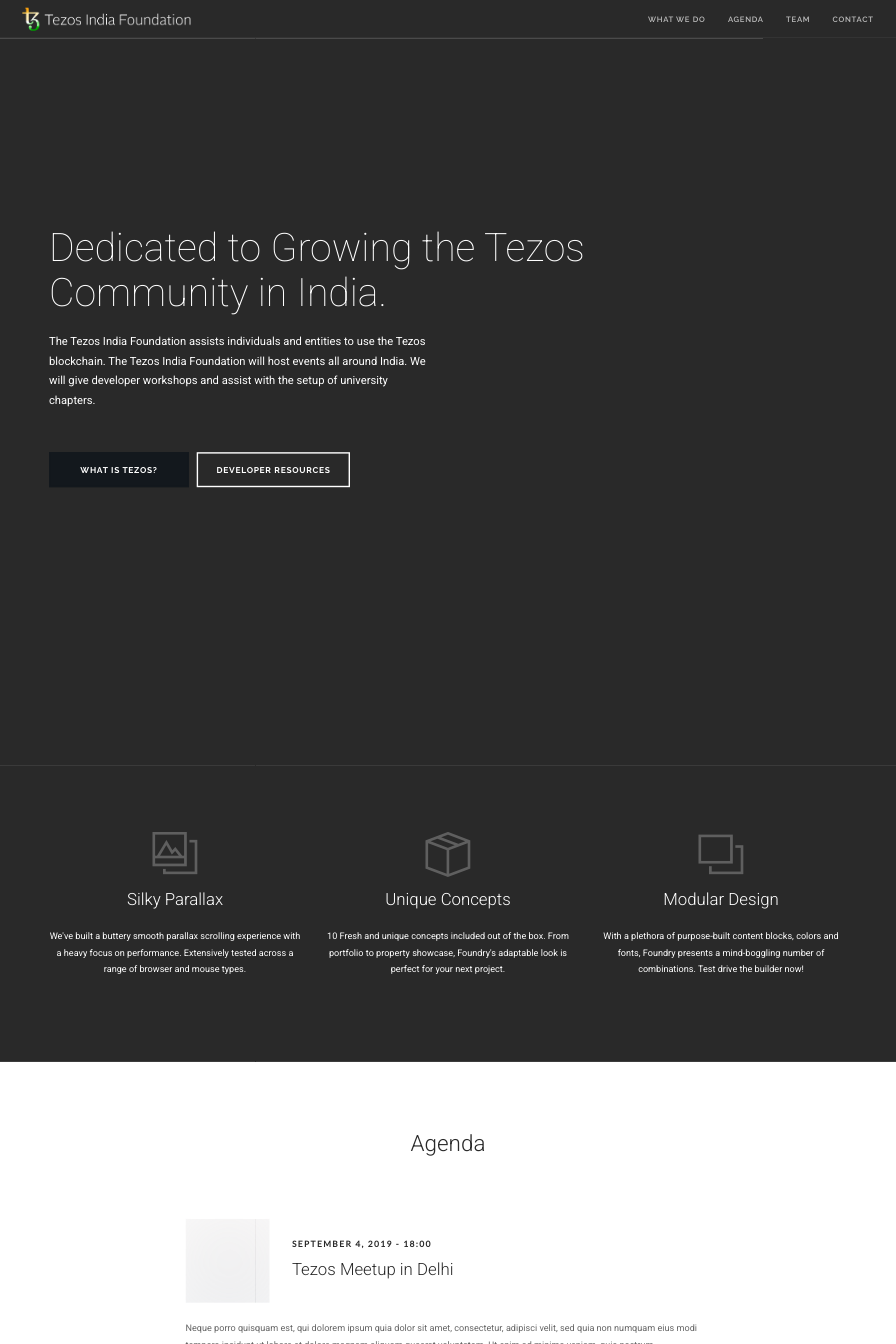
Repository: Tezos-India-Foundation/TIF-Website
Page: Tezos India Website/page.html
These files come from the project's save history. The page is drawn as it stood at one moment and after the next save; the edit follows.
The browser window is 1280 px wide. The pictures show the part of the page from y = 0 to 1920 px (the page is 3877 px tall before and 3849 px after), at 70% of full size.
A picture or video elsewhere on the page could not be fetched, so the positions and the page height are approximate.

Above is the page before, as saved 2019-08-13 03:00:26.

After the next save:
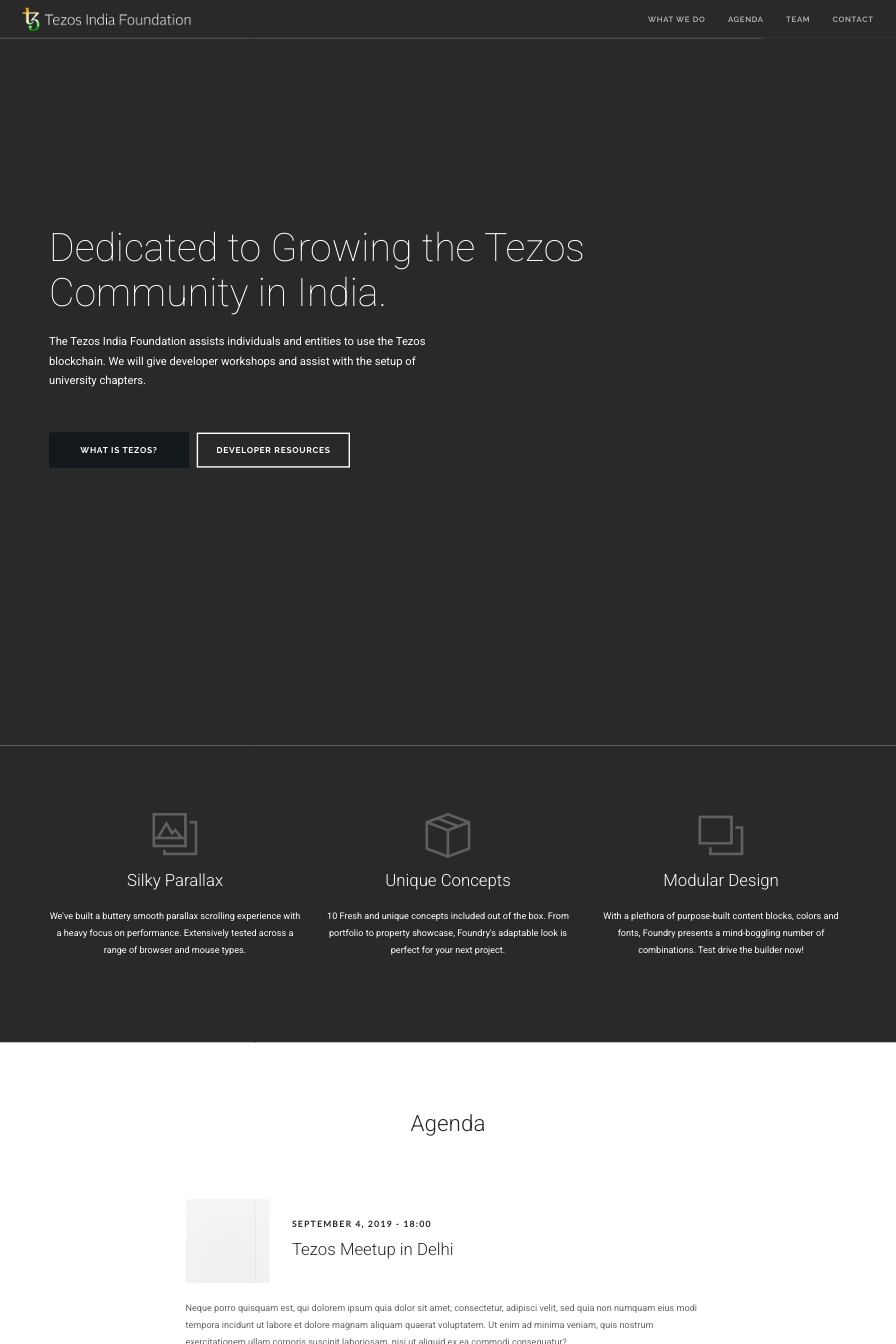
Saved 32 s later.
--- a/Tezos India Website/page.html
+++ b/Tezos India Website/page.html
@@ -106,8 +106,7 @@
 				<div class="row mb40 mb-xs-0">
 					<div class="col-md-6 col-sm-8">
 						<p class="lead">The Tezos India Foundation assists individuals and
-							entities to use the Tezos blockchain. The Tezos India Foundation will host events all around
-							India. We will give developer workshops and assist with the setup of university
+							entities to use the Tezos blockchain. We will give developer workshops and assist with the setup of university
 							chapters.&nbsp;</p>
 					</div>
 				</div>
